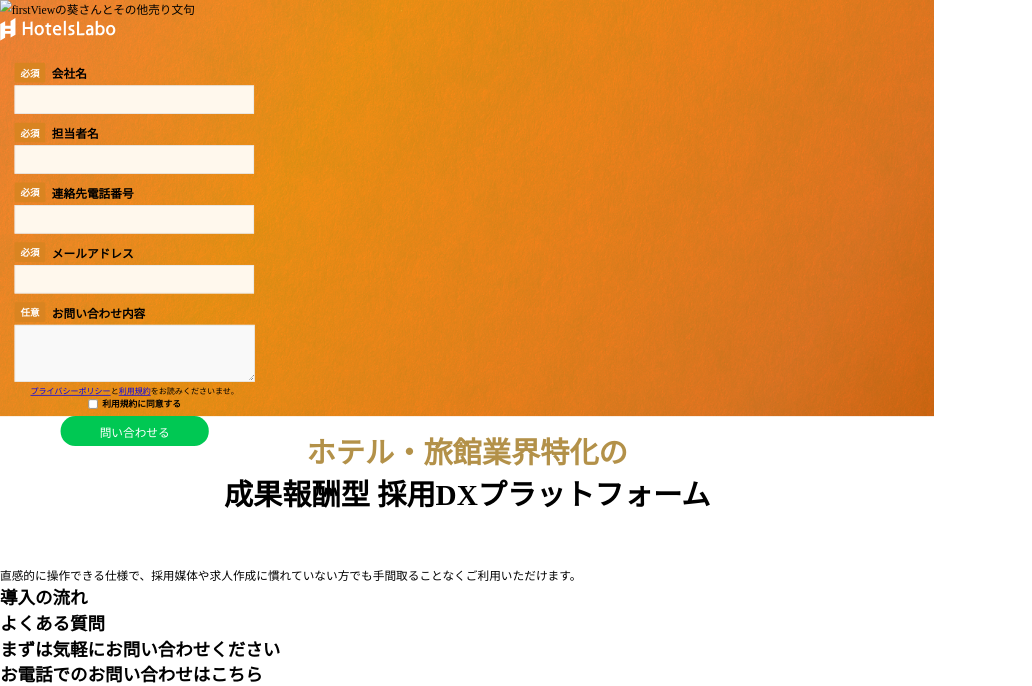
Repository: FujieRyou/to_b_lp
Page: index.html
An editor plug-in stored every save of this project. The page is shown before and after the next save, followed by the edit.
The browser window is 1280 px wide. The page is 1280 px wide, then 1414 px, so the pictures cover 1414 px, including what lies to the right of the window. The pictures show the whole page, at 73% of full size.

Above is the page before, as saved 2024-02-27 01:26:14.
Not found: index.js

After the next save:
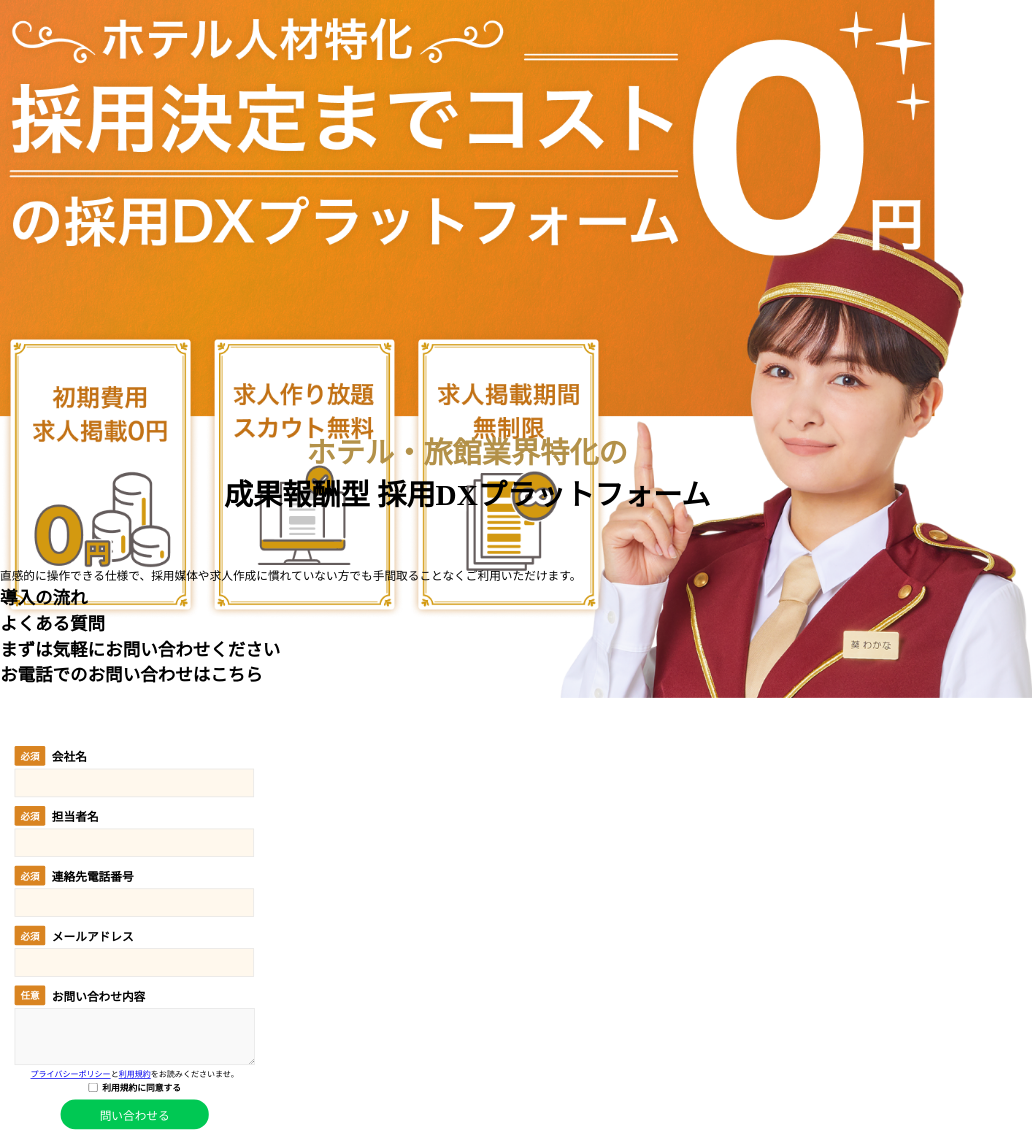
Saved 29 s later.
--- a/index.html
+++ b/index.html
@@ -29,7 +29,7 @@
                     <div class="firstViewEffect">
                         <div class="contentWrap">
                             <div>
-                                <img src="" alt="firstViewの葵さんとその他売り文句">
+                                <img src="img/firstViewの葵さんとその他売り文句.png" alt="firstViewの葵さんとその他売り文句">
                                 <header>
                                     <h1>
                                         <img src="img/ロゴ.svg" alt="ホテルズラボのロゴ" class="logo">
